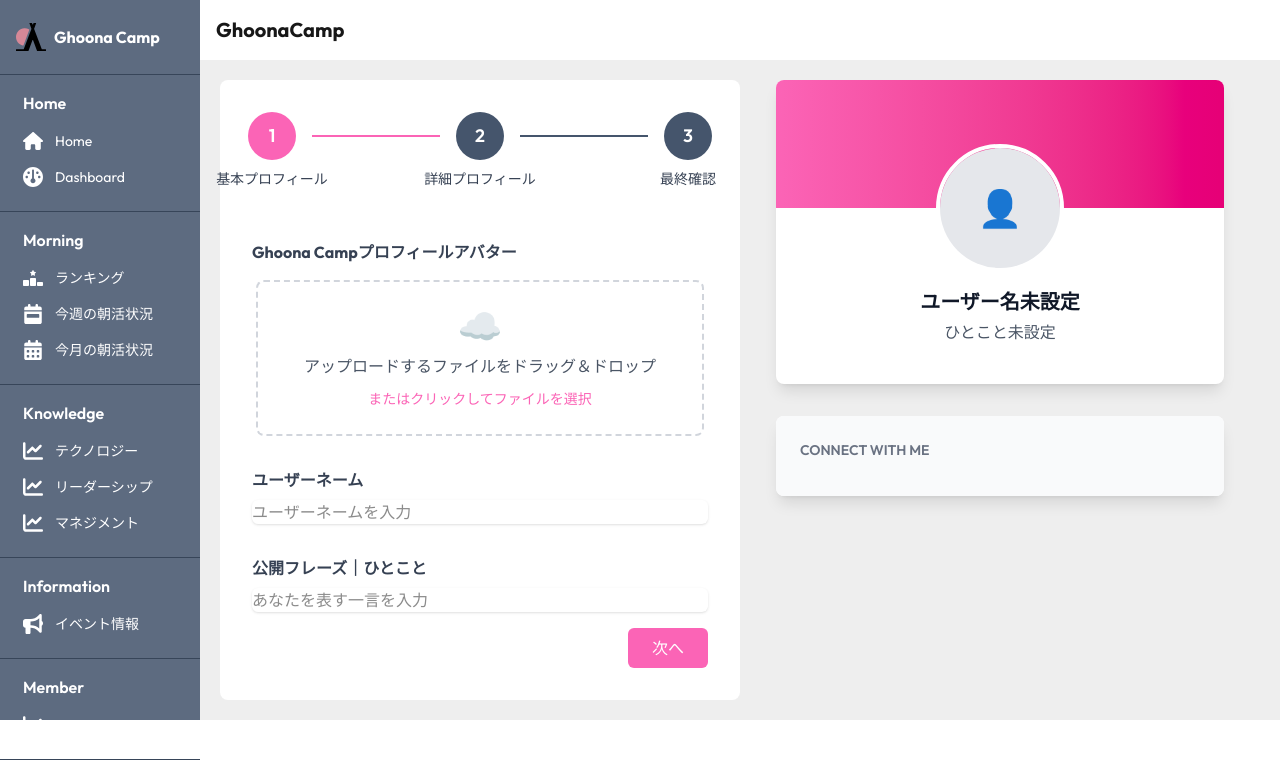
Repository: ShotaGhoona/ghoonacamp_platform
Page: /setting/profile
The author's editor kept a copy of each file at every save. The page is drawn from the files as they stood at one save, then again after a run of saves.
The browser window is 1280 px wide. The pictures show the whole page.
The page's requests for data from a server got no answer. The project was rebuilt for these pictures with package versions that can differ from the ones it lists, and the page was loaded fresh each time. Some packages were replaced by stand-ins written for this rebuild. The framework's server and built-in components were replaced by stand-ins that run in the browser. No one was signed in, and anything a server would have sent is missing. Also part of the build but not shown: next.config.js, src/features/setting/profile/display/DetailProfileForm.tsx, src/features/setting/profile/display/ConfirmationView.tsx.

Above is the page before, as saved 2025-04-29 14:27:38.

### src/app/layout.tsx
import type { Metadata } from 'next';
import { Outfit } from 'next/font/google';
import './globals.css';
import Sidebar from '@/components/display/sidebar';
import Header from '@/components/display/header';
import { ClerkProvider } from '@clerk/nextjs';

const outfit = Outfit({ subsets: ['latin'] });

export const metadata: Metadata = {
  title: 'Ghoona Camp',
  description: 'Ghoona Camp Platform',
};

export default function RootLayout({
  children,
}: {
  children: React.ReactNode;
}) {
  return (
    <ClerkProvider>
      <html lang="ja">
        <body className={outfit.className}>
          <div className="flex">
            <div className="w-[200px] transition-all duration-300">
              <Sidebar />
            </div>
            <div className="flex-1 flex flex-col max-h-screen">
              <Header />
              <main className="bg-[#EEEEEE] flex-1 min-h-[calc(100vh-60px)] p-5">
                {children}
              </main>
            </div>
          </div>
        </body>
      </html>
    </ClerkProvider>
  );
}

### src/app/setting/profile/page.tsx
import { IndexPage } from '@/features/setting/profile/display/index';

export default function ProfileSettingPage() {
  return <IndexPage />;
}

### src/components/display/sidebar.tsx
'use client';

import Link from 'next/link';
import { usePathname } from 'next/navigation';
import clsx from 'clsx';

const groups: { title: string; links: { href: string; label: string; icon: string }[] }[] = [
  {
    title: 'Home',
    links: [
      { href: '/home', label: 'Home', icon: '/svg/sidebarIcon/home.svg' },
      { href: '/home/dashboard', label: 'Dashboard', icon: '/svg/sidebarIcon/dashboard.svg' },
    ],
  },
  {
    title: 'Morning',
    links: [
      { href: '/morning/ranking', label: 'ランキング', icon: '/svg/sidebarIcon/ranking.svg' },
      { href: '/morning/weekend', label: '今週の朝活状況', icon: '/svg/sidebarIcon/week.svg' },
      { href: '/morning/month', label: '今月の朝活状況', icon: '/svg/sidebarIcon/month.svg' },
    ],
  },
  {
    title: 'Knowledge',
    links: [
      { href: '/knowledge/tech', label: 'テクノロジー', icon: '/svg/sidebarIcon/analysis.svg' },
      { href: '/knowledge/leadership', label: 'リーダーシップ', icon: '/svg/sidebarIcon/analysis.svg' },
      { href: '/knowledge/management', label: 'マネジメント', icon: '/svg/sidebarIcon/analysis.svg' },
    ],
  },
  {
    title: 'Information',
    links: [{ href: '/information/events', label: 'イベント情報', icon: '/svg/sidebarIcon/externalEvents.svg' }],
  },
  {
    title: 'Member',
    links: [{ href: '/members', label: 'GhoonaCamper', icon: '/svg/sidebarIcon/analysis.svg' }],
  },
];

export default function Sidebar() {
  const pathname = usePathname();

  return (
    <aside className="w-full h-screen bg-[#5D6B80] text-white">
      <div className="flex items-center gap-2 h-[75px] px-4 border-b border-[#374559]">
        <img src="/svg/logo.svg" alt="Ghoona Camp" className="w-[30px] h-[30px]" />
        <span className="font-bold">Ghoona Camp</span>
      </div>

      <nav>
        {groups.map((g) => (
          <div key={g.title} className="border-b border-[#374559] px-[15px] py-4">
            <p className="text-base font-semibold mb-2 px-2">
              {g.title}
            </p>
            {g.links.map((l) => (
              <Link
                key={l.href}
                href={l.href}
                className={clsx(
                  'flex items-center gap-3 p-2 rounded-lg text-sm',
                  pathname === l.href
                    ? 'bg-primary text-white'
                    : 'hover:bg-slate-600'
                )}
              >
                <img src={l.icon} alt={l.label} className="w-[20px] h-[20px]" />
                <span>{l.label}</span>
              </Link>
            ))}
          </div>
        ))}
      </nav>
    </aside>
  );
}

### src/components/display/header.tsx
'use client';

import { UserButton, useUser } from '@clerk/nextjs';

export default function Header() {
  const { user, isLoaded } = useUser();

  return (
    <header className="w-full h-16  flex items-center justify-between px-4">
      <div className="flex items-center gap-4">
        <h1 className="text-xl font-bold">GhoonaCamp</h1>
      </div>
      <div className="flex items-center gap-4">
        {isLoaded && user && (
          <div className="flex items-center gap-2">
            <span className="text-sm">
              {user.firstName} {user.lastName}
            </span>
            <UserButton afterSignOutUrl="/" />
          </div>
        )}
      </div>
    </header>
  );
}

### src/features/setting/profile/display/index.tsx
'use client';

import { useState } from 'react';
import { StepIndicator } from '@/features/setting/profile/components/StepIndicator';
import { BasicProfileForm } from '@/features/setting/profile/display/BasicProfileForm';
import { DetailProfileForm } from '@/features/setting/profile/display/DetailProfileForm';
import { ConfirmationView } from '@/features/setting/profile/display/ConfirmationView';
import { ProfilePreview } from '@/features/setting/profile/components/ProfilePreview';
import { DetailProfilePreview } from '@/features/setting/profile/components/DetailProfilePreview';
import { useProfileForm } from '@/features/setting/profile/hooks/useProfileForm';

export const IndexPage = () => {
  const {
    currentStep,
    formData,
    updateFormData,
    handleNextStep,
    handlePrevStep,
    handleAvatarChange,
  } = useProfileForm();

  const [isSubmitting, setIsSubmitting] = useState(false);

  const handleSubmit = async () => {
    setIsSubmitting(true);
    try {
      // TODO: APIを呼び出してプロフィールを更新
      await new Promise(resolve => setTimeout(resolve, 1000)); // 仮の遅延
      // 成功時の処理（例：ダッシュボードへリダイレクト）
    } catch (error) {
      console.error('プロフィールの更新に失敗しました:', error);
      // エラー処理
    } finally {
      setIsSubmitting(false);
    }
  };

  return (
    <div className="flex h-full">
      {/* 左側：フォーム */}
      <div className="w-1/2 p-8 bg-white rounded-lg h-full flex flex-col">

        {/* ステップインジケーター */}
        <StepIndicator currentStep={currentStep} />

        {/* フォームコンテンツ */}
        <div className="mt-8 flex-1">
          {currentStep === 'basic' && (
            <BasicProfileForm
              formData={formData}
              onUpdate={updateFormData}
              onAvatarChange={handleAvatarChange}
              onNext={handleNextStep}
            />
          )}

          {currentStep === 'detail' && (
            <DetailProfileForm
              formData={formData}
              onUpdate={updateFormData}
              onPrev={handlePrevStep}
              onNext={handleNextStep}
            />
          )}

          {currentStep === 'confirm' && (
            <ConfirmationView
              formData={formData}
              onPrev={handlePrevStep}
              onSubmit={handleSubmit}
              isSubmitting={isSubmitting}
            />
          )}
        </div>
      </div>

      {/* 右側：プレビュー */}
      <div className="w-1/2 ">
        <div className="sticky top-8 space-y-8">

          {/* 基本プロフィールプレビュー */}
          <ProfilePreview formData={formData} />

          {/* 詳細プロフィールプレビュー */}
          <DetailProfilePreview formData={formData} />
        </div>
      </div>
    </div>
  );
}

### src/features/setting/profile/components/StepIndicator.tsx
'use client';

import { cn } from '@/lib/utils';
import { Step, PROFILE_STEPS } from '../types/profile';

interface StepIndicatorProps {
  currentStep: Step;
}

export const StepIndicator = ({ currentStep }: StepIndicatorProps) => {
  return (
    <div className="flex items-center justify-center mb-12">
      {PROFILE_STEPS.map((step, index) => (
        <div key={step.id} className="flex items-center">
          {/* ステップサークル */}
          <div
            className={cn(
              'w-12 h-12 rounded-full flex items-center justify-center text-lg font-semibold relative',
              currentStep === step.id
                ? 'bg-pink-400 text-white'
                : 'bg-slate-600 text-white'
            )}
          >
            {step.number}
            {/* ステップタイトル */}
            <div className="text-center absolute -bottom-8 w-32">
              <span className="text-sm font-medium text-gray-700">{step.title}</span>
            </div>
          </div>

          {/* 接続線 */}
          {index < PROFILE_STEPS.length - 1 && (
            <div
              className={cn(
                'h-[2px] w-32 mx-4',
                currentStep === PROFILE_STEPS[index + 1].id || currentStep === step.id
                  ? 'bg-pink-400'
                  : 'bg-slate-600'
              )}
            />
          )}
        </div>
      ))}
    </div>
  );
};

### src/features/setting/profile/display/BasicProfileForm.tsx
'use client';

import { ProfileFormData } from '../types/profile';
import { AvatarUpload } from '../components/AvatarUpload';

interface BasicProfileFormProps {
  formData: ProfileFormData;
  onUpdate: (data: Partial<ProfileFormData>) => void;
  onAvatarChange: (file: File) => void;
  onNext: () => void;
}

export const BasicProfileForm = ({
  formData,
  onUpdate,
  onAvatarChange,
  onNext,
}: BasicProfileFormProps) => {
  return (
    <div className="flex flex-col justify-between h-full">

      <div className="space-y-8">
        {/* アバターアップロード */}
        <div className="space-y-4">
          <label className="block text-base font-bold text-gray-700">
            Ghoona Campプロフィールアバター
          </label>
          <AvatarUpload
            onFileSelect={onAvatarChange}
            previewUrl={formData.avatarUrl}
          />
        </div>

        {/* ユーザーネーム */}
        <div className="space-y-2">
          <label
            htmlFor="username"
            className="block text-base font-bold text-gray-700"
          >
            ユーザーネーム
          </label>
          <input
            type="text"
            id="username"
            value={formData.username}
            onChange={(e) => onUpdate({ username: e.target.value })}
            className="mt-1 block w-full rounded-md border-gray-300 shadow-sm focus:border-pink-400 focus:ring-pink-400"
            placeholder="ユーザーネームを入力"
          />
        </div>

        {/* ひとこと */}
        <div className="space-y-2">
          <label
            htmlFor="bio"
            className="block text-base font-bold text-gray-700"
          >
            公開フレーズ｜ひとこと
          </label>
          <input
            type="text"
            id="bio"
            value={formData.bio}
            onChange={(e) => onUpdate({ bio: e.target.value })}
            className="mt-1 block w-full rounded-md border-gray-300 shadow-sm focus:border-pink-400 focus:ring-pink-400"
            placeholder="あなたを表す一言を入力"
          />
        </div>
      </div>

      {/* 次へボタン */}
      <div className="flex justify-end">
        <button
          onClick={onNext}
          className="bg-pink-400 text-white px-6 py-2 rounded-md hover:bg-pink-500 transition-colors"
        >
          次へ
        </button>
      </div>
    </div>
  );
};

### src/features/setting/profile/components/ProfilePreview.tsx
'use client';

import { ProfileFormData } from '../types/profile';

interface ProfilePreviewProps {
  formData: ProfileFormData;
}

export const ProfilePreview = ({ formData }: ProfilePreviewProps) => {
  return (
    <div className="w-full max-w-md mx-auto bg-white rounded-lg shadow-lg overflow-hidden">
      {/* ヘッダー部分 */}
      <div className="relative h-32 bg-gradient-to-r from-pink-400 to-pink-600">
        <div className="absolute -bottom-16 left-1/2 transform -translate-x-1/2">
          <div className="w-32 h-32 rounded-full border-4 border-white overflow-hidden bg-white">
            {formData.avatarUrl ? (
              <img
                src={formData.avatarUrl}
                alt={formData.username}
                className="w-full h-full object-cover"
              />
            ) : (
              <div className="w-full h-full bg-gray-200 flex items-center justify-center">
                <span className="text-4xl text-gray-400">👤</span>
              </div>
            )}
          </div>
        </div>
      </div>

      {/* プロフィール情報 */}
      <div className="pt-20 px-6 pb-6">
        <div className="text-center mb-4">
          <h3 className="text-xl font-bold text-gray-900">
            {formData.username || 'ユーザー名未設定'}
          </h3>
          <p className="text-gray-600 mt-1">{formData.bio || 'ひとこと未設定'}</p>
        </div>

        {/* SNSリンク */}
        <div className="flex justify-center space-x-4 mt-4">
          {formData.websiteUrl && (
            <a
              href={formData.websiteUrl}
              target="_blank"
              rel="noopener noreferrer"
              className="text-gray-600 hover:text-pink-500"
            >
              Website
            </a>
          )}
        </div>
      </div>
    </div>
  );
};

### src/features/setting/profile/hooks/useProfileForm.ts
'use client';

import { useState } from 'react';
import { useAuth } from '@clerk/nextjs';
import { ProfileFormData, Step } from '../types/profile';
import { profileService } from '../services/profileService';

export const useProfileForm = () => {
  const { userId } = useAuth();
  const [currentStep, setCurrentStep] = useState<Step>('basic');
  const [formData, setFormData] = useState<ProfileFormData>({
    username: '',
    bio: '',
  });
  const [isLoading, setIsLoading] = useState(false);
  const [error, setError] = useState<string | null>(null);

  const updateFormData = (data: Partial<ProfileFormData>) => {
    setFormData((prev) => ({ ...prev, ...data }));
  };

  const handleNextStep = () => {
    if (currentStep === 'basic') setCurrentStep('detail');
    else if (currentStep === 'detail') setCurrentStep('confirm');
  };

  const handlePrevStep = () => {
    if (currentStep === 'detail') setCurrentStep('basic');
    else if (currentStep === 'confirm') setCurrentStep('detail');
  };

  const handleAvatarChange = (file: File) => {
    const url = URL.createObjectURL(file);
    updateFormData({ avatar: file, avatarUrl: url });
  };

  const saveProfile = async () => {
    if (!userId) {
      setError('ユーザーIDが見つかりません');
      return;
    }

    setIsLoading(true);
    setError(null);

    try {
      await profileService.updateProfile(userId, formData);
      // 成功時の処理（例：リダイレクト）
    } catch (err) {
      setError('プロフィールの保存に失敗しました');
      console.error('保存エラー:', err);
    } finally {
      setIsLoading(false);
    }
  };

  const loadProfile = async () => {
    if (!userId) return;

    setIsLoading(true);
    setError(null);

    try {
      const profile = await profileService.getProfile(userId);
      if (profile) {
        setFormData({
          username: profile.username,
          bio: profile.bio,
          oneLine: profile.oneLine || undefined,
          background: profile.background || undefined,
          interests: profile.interests,
          coreSkills: profile.coreSkills,
          websiteUrl: profile.websiteUrl || undefined,
          xUrl: profile.xUrl || undefined,
          instagramUrl: profile.instagramUrl || undefined,
          linkedinUrl: profile.linkedinUrl || undefined,
        });
      }
    } catch (err) {
      setError('プロフィールの読み込みに失敗しました');
      console.error('読み込みエラー:', err);
    } finally {
      setIsLoading(false);
    }
  };

  return {
    currentStep,
    formData,
    isLoading,
    error,
    updateFormData,
    handleNextStep,
    handlePrevStep,
    handleAvatarChange,
    saveProfile,
    loadProfile,
  };
};

### src/features/setting/profile/types/profile.ts
export type Step = 'basic' | 'detail' | 'confirm';

export interface ProfileFormData {
  // 基本プロフィール
  avatar?: File;
  avatarUrl?: string;
  username: string;
  bio: string;

  // 詳細プロフィール
  oneLine?: string;          // 一言プロフィール（30文字）
  background?: string;       // 経歴・背景（140文字）
  interests?: string[];      // 興味・関心事
  coreSkills?: string[];    // コアスキル

  // SNSリンク
  instagramUrl?: string;
  websiteUrl?: string;
  xUrl?: string;
  linkedinUrl?: string;
}

export interface StepInfo {
  id: Step;
  number: number;
  title: string;
}

export const PROFILE_STEPS: StepInfo[] = [
  { id: 'basic', number: 1, title: '基本プロフィール' },
  { id: 'detail', number: 2, title: '詳細プロフィール' },
  { id: 'confirm', number: 3, title: '最終確認' },
];

### src/features/setting/profile/components/AvatarUpload.tsx
'use client';

import { useCallback } from 'react';
import { useDropzone } from 'react-dropzone';

interface AvatarUploadProps {
  onFileSelect: (file: File) => void;
  previewUrl?: string;
}

export const AvatarUpload = ({ onFileSelect, previewUrl }: AvatarUploadProps) => {
  const onDrop = useCallback((acceptedFiles: File[]) => {
    if (acceptedFiles.length > 0) {
      onFileSelect(acceptedFiles[0]);
    }
  }, [onFileSelect]);

  const { getRootProps, getInputProps, isDragActive } = useDropzone({
    onDrop,
    accept: {
      'image/*': ['.jpeg', '.jpg', '.png', '.gif']
    },
    maxFiles: 1,
    multiple: false,
  });

  return (
    <div className="w-full max-w-md mx-auto">
      <div
        {...getRootProps()}
        className="border-2 border-dashed border-gray-300 rounded-lg p-6 text-center cursor-pointer hover:border-pink-400 transition-colors"
      >
        <input {...getInputProps()} />
        {previewUrl ? (
          <div className="relative w-32 h-32 mx-auto">
            <img
              src={previewUrl}
              alt="アバタープレビュー"
              className="w-full h-full object-cover rounded-full"
            />
            <div className="absolute inset-0 flex items-center justify-center bg-black bg-opacity-50 rounded-full opacity-0 hover:opacity-100 transition-opacity">
              <p className="text-white text-sm">クリックして変更</p>
            </div>
          </div>
        ) : (
          <div className="space-y-2">
            <div className="text-4xl text-gray-400">☁️</div>
            <p className="text-gray-600">
              {isDragActive
                ? 'ファイルをドロップしてください'
                : 'アップロードするファイルをドラッグ＆ドロップ'}
            </p>
            <button className="text-sm text-pink-400 hover:text-pink-500">
              またはクリックしてファイルを選択
            </button>
          </div>
        )}
      </div>
    </div>
  );
};

### src/features/setting/profile/services/profileService.ts
import { ProfileFormData } from '../types/profile';

export type ProfileResponse = {
  id: string;
  userId: string;
  username: string;
  bio: string;
  oneLine: string | null;
  background: string | null;
  interests: string[];
  coreSkills: string[];
  websiteUrl: string | null;
  xUrl: string | null;
  instagramUrl: string | null;
  linkedinUrl: string | null;
  createdAt: string;
  updatedAt: string;
};

export const profileService = {
  // プロフィールの取得
  async getProfile(userId: string): Promise<ProfileResponse | null> {
    try {
      const response = await fetch(`/api/users/${userId}/profile`);
      if (!response.ok) {
        if (response.status === 404) return null;
        throw new Error('プロフィールの取得に失敗しました');
      }
      return response.json();
    } catch (error) {
      console.error('プロフィール取得エラー:', error);
      throw error;
    }
  },

  // プロフィールの更新
  async updateProfile(userId: string, data: Partial<ProfileFormData>): Promise<ProfileResponse> {
    try {
      const formData = new FormData();

      // アバター画像の処理
      if (data.avatar) {
        formData.append('avatar', data.avatar);
      }

      // その他のデータの処理
      const profileData = { ...data };
      delete profileData.avatar;
      delete profileData.avatarUrl;
      formData.append('data', JSON.stringify(profileData));

      const response = await fetch(`/api/users/${userId}/profile`, {
        method: 'PUT',
        body: formData,
      });

      if (!response.ok) {
        throw new Error('プロフィールの更新に失敗しました');
      }

      return response.json();
    } catch (error) {
      console.error('プロフィール更新エラー:', error);
      throw error;
    }
  },
};

Loaded but not shown: src/app/globals.css (common file); src/lib/utils.ts (common file); src/features/setting/profile/components/DetailProfilePreview.tsx (114 lines, source omitted)

After the next 2 saves:
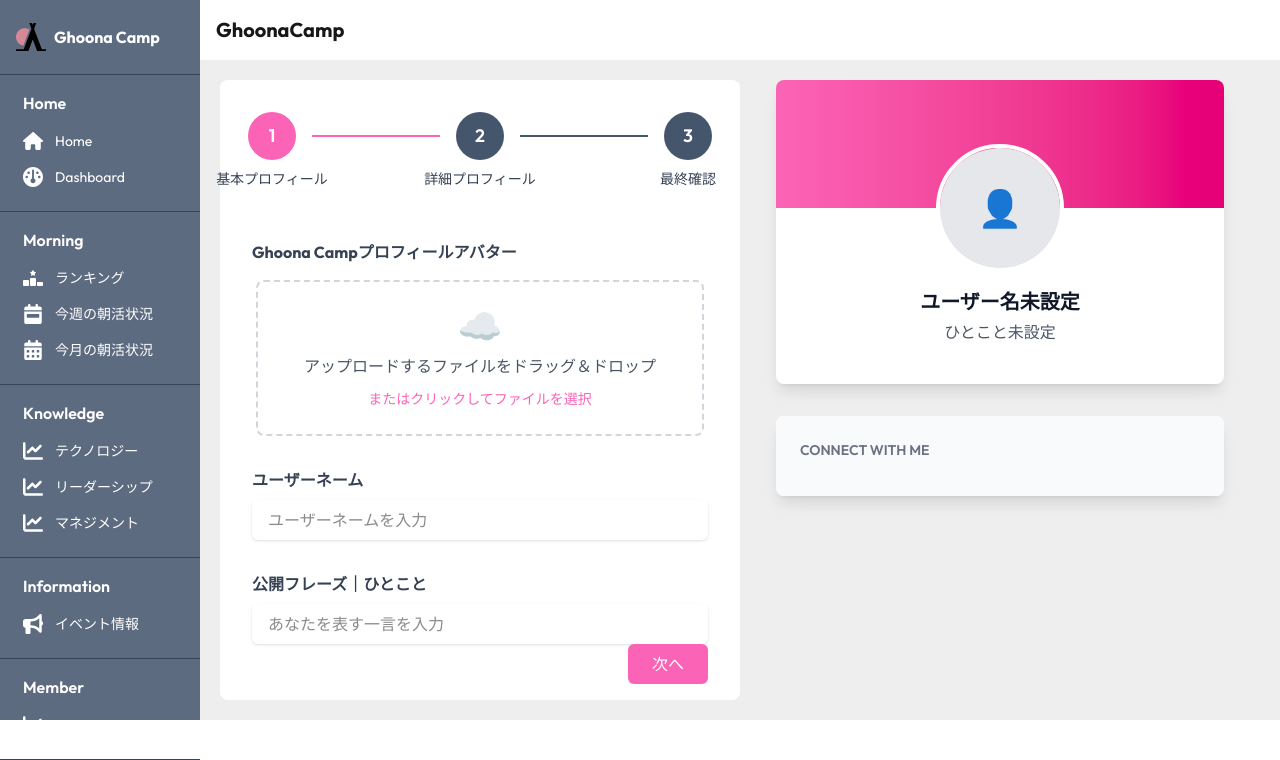
The 2 saves are shown as one change because they came seconds apart.
The last was saved 28 s later.
--- a/src/features/setting/profile/display/BasicProfileForm.tsx
+++ b/src/features/setting/profile/display/BasicProfileForm.tsx
@@ -44,7 +44,7 @@ export const BasicProfileForm = ({
             id="username"
             value={formData.username}
             onChange={(e) => onUpdate({ username: e.target.value })}
-            className="mt-1 block w-full rounded-md border-gray-300 shadow-sm focus:border-pink-400 focus:ring-pink-400"
+            className="mt-1 block w-full rounded-md border-gray-300 shadow-sm px-4 py-2"
             placeholder="ユーザーネームを入力"
           />
         </div>
@@ -62,7 +62,7 @@ export const BasicProfileForm = ({
             id="bio"
             value={formData.bio}
             onChange={(e) => onUpdate({ bio: e.target.value })}
-            className="mt-1 block w-full rounded-md border-gray-300 shadow-sm focus:border-pink-400 focus:ring-pink-400"
+            className="mt-1 block w-full rounded-md border-gray-300 shadow-sm px-4 py-2"
             placeholder="あなたを表す一言を入力"
           />
         </div>
